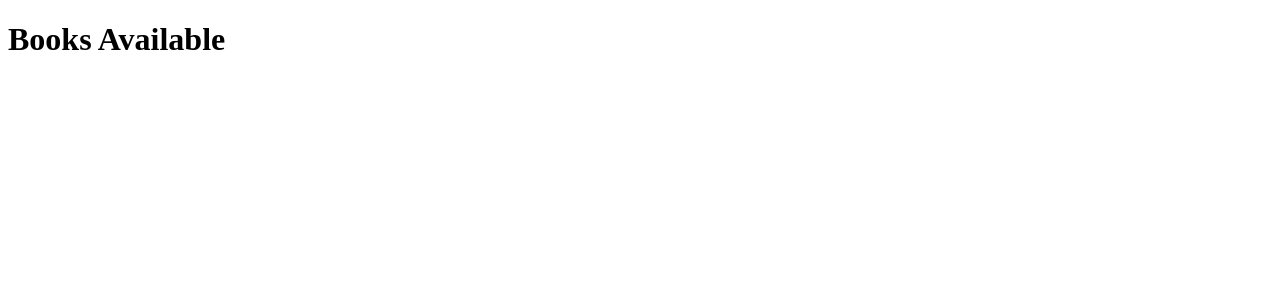
Repository: Afrozzzz/java-training
Page: shop/src/main/resources/static/books.html
An editor plug-in stored every save of this project. The page is shown before and after the next save, followed by the edit.
The browser window is 1280 px wide. The pictures show the whole page.
The page's requests for data from a server got no answer.

Above is the page before, as saved 2025-03-03 04:44:44.

After the next save:
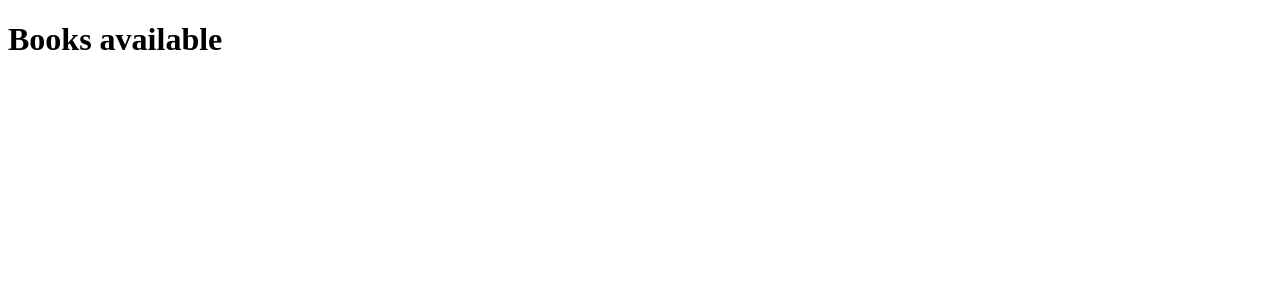
Saved 6 min 56 s later.
--- a/shop/src/main/resources/static/books.html
+++ b/shop/src/main/resources/static/books.html
@@ -1,10 +1,15 @@
 <!DOCTYPE html>
-<html>
+<html lang="en">
 <head>
-<meta charset="ISO-8859-1">
-<title>JavaScript</title>
+<title>Books</title>
+
 </head>
+
 <body>
-<h1>Books Available</h1>
+<h1>Books available</h1>
+<ul id="bookdlist"></ul>
+<script> fetch('/api/books')
+   //get response
+</script>
 </body>
 </html>
